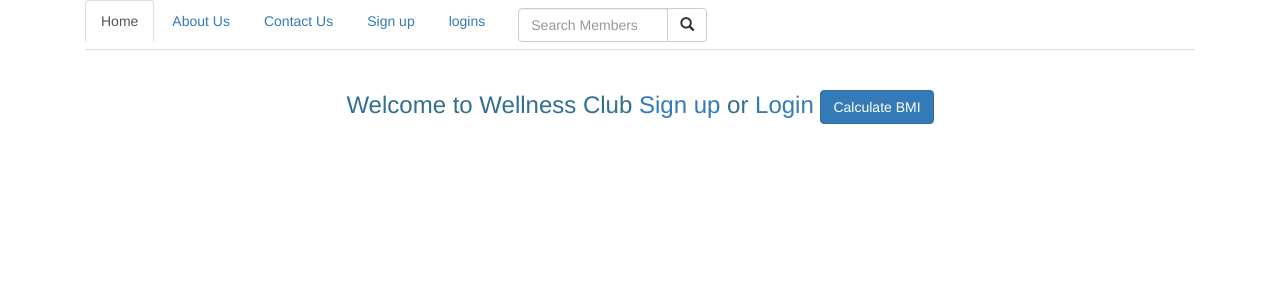
Repository: tonypaolucci/hibernate_lab
Page: http://localhost/wellness/WEB-INF/views/index.jsp
The author's editor kept a copy of each file at every save. The page is drawn from the files as they stood at one save, then again after the next save.
The browser window is 1280 px wide. The pictures show the whole page.
Some web libraries are served in a nearby version. The page is served by Tomcat 9. Nobody is signed in. Other server files are loaded and not shown. The template is opened directly, without the code that normally fills it, so the values that code supplies are empty.

Above is the page before, as saved 2017-03-10 01:30:37.

### wellnessClub/src/main/java/com/wellness/src/main/webapp/WEB-INF/views/index.jsp
<%@ page language="java" contentType="text/html; charset=UTF-8"
         pageEncoding="UTF-8" %>
<%@ taglib uri="http://java.sun.com/jsp/jstl/core" prefix="c" %>
<%@ taglib prefix="fmt" uri="http://java.sun.com/jsp/jstl/fmt" %>
<%@ page import="java.text.NumberFormat" %>
<%@ taglib uri="http://java.sun.com/jsp/jstl/functions" prefix="fn" %>
<%@ page import="java.io.*,java.util.*" %>
<!DOCTYPE html>
<html lang="en">
  <head>
    <meta charset="utf-8">
    <meta http-equiv="X-UA-Compatible" content="IE=edge">
    <meta name="viewport" content="width=device-width, initial-scale=1">
    <title>Title</title>
    <link rel="stylesheet" href="https://maxcdn.bootstrapcdn.com/bootstrap/3.3.7/css/bootstrap.min.css">
	<link rel="stylesheet" href="https://cdnjs.cloudflare.com/ajax/libs/font-awesome/4.6.3/css/font-awesome.min.css">

	<script src="https://ajax.googleapis.com/ajax/libs/jquery/3.1.1/jquery.min.js"></script>
    <script src="https://maxcdn.bootstrapcdn.com/bootstrap/3.3.7/js/bootstrap.min.js"></script>

  </head>
  <body>
	<header>
		<div class="navigation">
				<div class="container">
					<div class="navbar-header">
						<button type="button" class="navbar-toggle collapsed" data-toggle="collapse" data-target=".navbar-collapse.collapse">
							<span class="sr-only">Toggle navigation</span>
							<span class="icon-bar"></span>
							<span class="icon-bar"></span>
							<span class="icon-bar"></span>
						</button>
					</div>

					<div class="navbar-collapse collapse">
						<div class="menu">
							<ul class="nav nav-tabs" role="tablist">
								<li class="active"><a href="index">Home</a></li>
								<li><a href="about">About Us</a></li>
								<li><a href="contact">Contact Us</a></li>
								<li><a href="signups">Sign up</a></li>
								<li><a href="login">logins</a></li>
								<li role="presentation" class="small">
									<form class="navbar-form navbar-right" role="search"  action="LookupMembers">
										    <div class="input-group add-on">
										      <input type="text" class="form-control" placeholder="Search Members" name="LookupMembers" id="LookupMembers" SIZE='13'>
										      <div class="input-group-btn">
										        <button class="btn btn-default" type="submit"><i class="glyphicon glyphicon-search"></i></button>
										      </div>
										    </div>
									 </form>
						        </li>
							</ul>
						</div>
					</div>
				</div>
			</div>

	</header>
	<div class="container">
	<br>
		<div class="text-center">
			<h3 class="text-info">Welcome to Wellness Club
			<a href="signups">Sign up  </a>or
			<a href="logins">Login  </a>
	        <button type="button" class="btn btn-primary" data-toggle="collapse" data-target="#show">Calculate BMI</button>
			</h3>
			              <p style="color: #FF0000">${error}</p> <p style="color: #008000">${success}</p>
                                  <p style="color: #008000">
                                  ${welcome}
                                  </p>
                                  <p style="color: #008000">
                                   ${bmi} ${status}
                           </p>

		</div>
		 <div>

		<c:if test="${not empty users}">
		<table class="table table-hover table-bordered">
                    <thead style="background-color: #ff6600;">
                    <tr >
                        <th>Id</th>
                        <th>Subscription Type</th>
                        <th>Name</th>
                        <th>Email</th>
                        <th>Telephone</th>
                        <th>Address</th>
                        <th>Edit User</th>
                        <c:choose>
						    <c:when test="${fn:containsIgnoreCase(role, 'super')}">
						       <th>Delete User</th> </c:when>
						    <c:otherwise>

						    </c:otherwise>
						</c:choose>

						<th>Assign Roles</th>
                    </tr>
                    </thead>
                    <tbody  >
                     <c:forEach items="${users}" var="item">
                        <tr class="text-success">
                            <th><c:out value="${item.id}"/></th>
                            <th><c:out value="${item.subscription}"/></th>
							<th><c:out value="${item.fname}"/> <c:out value="${item.lname}"/></th>
							<th><c:out value="${item.emailAddress}"/></th>
							<th><c:out value="${item.tel}"/></th>
							<th><c:out value="${item.address}"/>, <c:out value="${item.city}"/></th>

							<th><a href="editUser?id=<c:out value='${item.id}'/>"><span class="glyphicon glyphicon-edit"></span> </a></th>
                            <c:choose>
							    <c:when test="${fn:containsIgnoreCase(role, 'super')}">
							       <th><a href="deleteUser?id=<c:out value='${item.id}'/>"><span class="glyphicon glyphicon-trash"></span></a></th>
							    </c:when>
							    <c:otherwise>

							    </c:otherwise>
							</c:choose>
							<c:choose>
							    <c:when test="${fn:containsIgnoreCase(role, 'super')}">
							      <th>
							           <form action="assignRole">
										    <div class="input-group add-on">
										      <input type="hidden" name="id" value="${item.id}"/>
										      <select name="roles" id="roles" class="form-control input">
										      	  <option value="super" >super</option>
                                                  <option value="admin">admin</option>
                                                  <option value="user" >user</option>
                                                  <option value="" selected>${item.roles}</option>
                                             </select>
										      <div class="input-group-btn">
										         <button class="btn btn-success" type="submit"  title="assign roles">submit</button>
										      </div>
										    </div>
									 </form>
							    </th>
							    </c:when>
							    <c:otherwise>
							     <th>
							           <form action="assignRole">
										    <div class="input-group add-on">
										      <input type="hidden" name="id" value="${item.id}"/>
										      <select name="roles" id="roles" class="form-control input">
                                                  <option value="admin">admin</option>
                                                  <option value="user" >user</option>
                                                  <option value="" selected>${item.roles}</option>
                                             </select>
										      <div class="input-group-btn">
										         <button class="btn btn-success" type="submit"  title="assign roles">submit</button>
										      </div>
										    </div>
									 </form>
							    </th>
							    </c:otherwise>
							</c:choose>


                           </tr>
                           </c:forEach>
                    </tbody>
                </table>
		</c:if>
		</div>
		<div class="panel-body">


		</div>
		<div id="show" class="collapse">
		<form action="bmi" method="post" style="color: #008000">
                     <div class="col-md-3">
                           <div class="form-group">
                                    <select required name="system" id="system" class="form-control input-sm">
                                                  <option value="metric">Metric</option>
                                                  <option value="imperial" selected>Imperial</option>
                                                  <option value="Select Units" selected>${m}</option>
                                                 </select>
                                     <label for="imperial" id="sy">Select System</label><br>
                              <input type="text"  id="w" name="w" value="${w}" class="form-control input-sm" placeholder="Weight" ><label for="wt" id="wt">${wt}</label>
                              <input type="text"  id="h" name="h" value="${h}" class="form-control input-sm" placeholder="height" ><label for="ht" id="ht">${ht}</label>
                            <br>
                           <button type="submit" name="submit" id="submit" class="btn btn-primary" >Get your BMI</button>
                           <a href="index" class="btn btn-primary"><i class="glyphicon glyphicon-refresh"></i> Refresh</a>

                           </div>
                         </div>
                          </form>
                            </div>
     </div>


  </body>

  	<script>

$("#submit").on("click",function(){

        var numeric =/^-{0,1}\d*\.{0,1}\d+$/;
        var msg ='Enter Numbers only';

        if ($.trim($("#system").val())=="Select Units") {
			$("#sy").html('Please Select Units');
			$('#sy').css('color', '#FF0000');
	        return false;
	    }

		if ($.trim($("#w").val())==0 || !($.trim($("#w").val().match(numeric))) ) {
			$("#wt").html(msg);
			$('#wt').css('color', '#FF0000');
	        $("#w").focus();
	        return false;
	    }

		if ($.trim($("#h").val())==0 || !($.trim($("#h").val().match(numeric)))) {
			$("#ht").html(msg);
			$('#ht').css('color', '#FF0000');
	        $("#h").focus();
	        return false;
	    }



	});

 	 </script>

 	 <script>
$("#system").on("click",function(){


		if ($.trim($("#system").val())=="imperial" ) {
			$("#wt").html('lb');
			$("#ht").html('in');
	        return false;
	        }else{
	     if ($.trim($("#system").val())=="metric" ) {
			$("#wt").html('kg');
			$("#ht").html('cm');
	        return false;
	        }
	      }

	});
 	 </script>
</html>

After the next save:
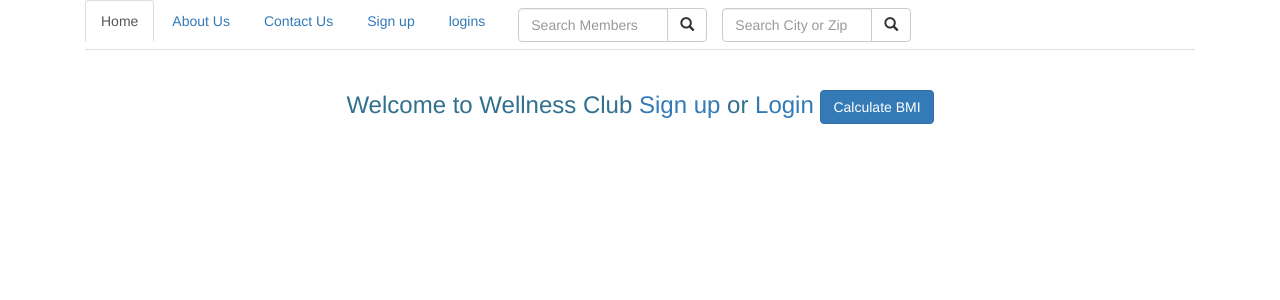
Saved 21 h 2 min later.
--- a/wellnessClub/src/main/java/com/wellness/src/main/webapp/WEB-INF/views/index.jsp
+++ b/wellnessClub/src/main/java/com/wellness/src/main/webapp/WEB-INF/views/index.jsp
@@ -50,6 +50,16 @@
 										    </div>
 									 </form>
 						        </li>
+						        <li role="presentation" class="small">
+									<form class="navbar-form navbar-right" role="search"  action="Lookupcity">
+										    <div class="input-group add-on">
+										      <input type="text" class="form-control" placeholder="Search City or Zip" name="Lookupcity" id="Lookupcity" SIZE='13'>
+										      <div class="input-group-btn">
+										        <button class="btn btn-default" type="submit"><i class="glyphicon glyphicon-search"></i></button>
+										      </div>
+										    </div>
+									 </form>
+						        </li>
 							</ul>
 						</div>
 					</div>
